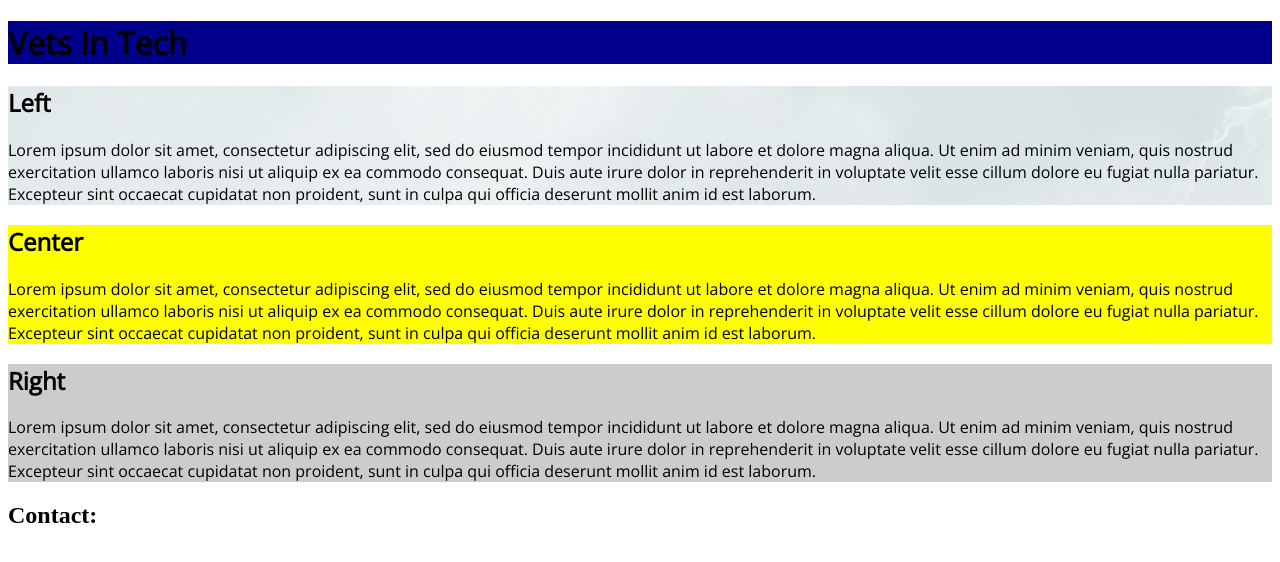
Repository: 3EyEdRav3n/10-2020-cohort-course
Page: week-1/Week-1 Assignment/index.html
An editor plug-in stored every save of this project. The page is shown before and after the next save, followed by the edit.
The browser window is 1280 px wide. The pictures show the whole page.

Above is the page before, as saved 2020-11-01 20:46:19.

After the next save:
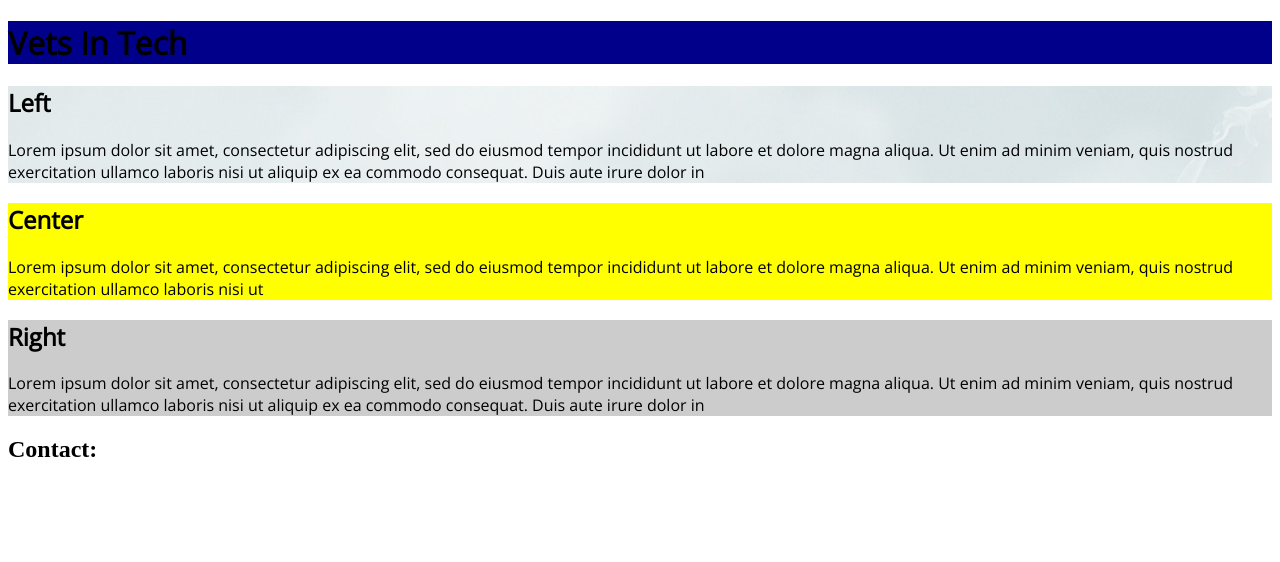
Saved 27 s later.
--- a/week-1/Week-1 Assignment/index.html
+++ b/week-1/Week-1 Assignment/index.html
@@ -27,21 +27,15 @@
           eiusmod tempor incididunt ut labore et dolore magna aliqua. Ut enim ad
           minim veniam, quis nostrud exercitation ullamco laboris nisi ut
           aliquip ex ea commodo consequat. Duis aute irure dolor in
-          reprehenderit in voluptate velit esse cillum dolore eu fugiat nulla
-          pariatur. Excepteur sint occaecat cupidatat non proident, sunt in
-          culpa qui officia deserunt mollit anim id est laborum.
         </p>
       </div>
+
       <div class="center-col">
         <h2>Center</h2>
         <p>
           Lorem ipsum dolor sit amet, consectetur adipiscing elit, sed do
           eiusmod tempor incididunt ut labore et dolore magna aliqua. Ut enim ad
           minim veniam, quis nostrud exercitation ullamco laboris nisi ut
-          aliquip ex ea commodo consequat. Duis aute irure dolor in
-          reprehenderit in voluptate velit esse cillum dolore eu fugiat nulla
-          pariatur. Excepteur sint occaecat cupidatat non proident, sunt in
-          culpa qui officia deserunt mollit anim id est laborum.
         </p>
       </div>
       <div class="right-col">
@@ -51,9 +45,6 @@
           eiusmod tempor incididunt ut labore et dolore magna aliqua. Ut enim ad
           minim veniam, quis nostrud exercitation ullamco laboris nisi ut
           aliquip ex ea commodo consequat. Duis aute irure dolor in
-          reprehenderit in voluptate velit esse cillum dolore eu fugiat nulla
-          pariatur. Excepteur sint occaecat cupidatat non proident, sunt in
-          culpa qui officia deserunt mollit anim id est laborum.
         </p>
       </div>
     </div>
